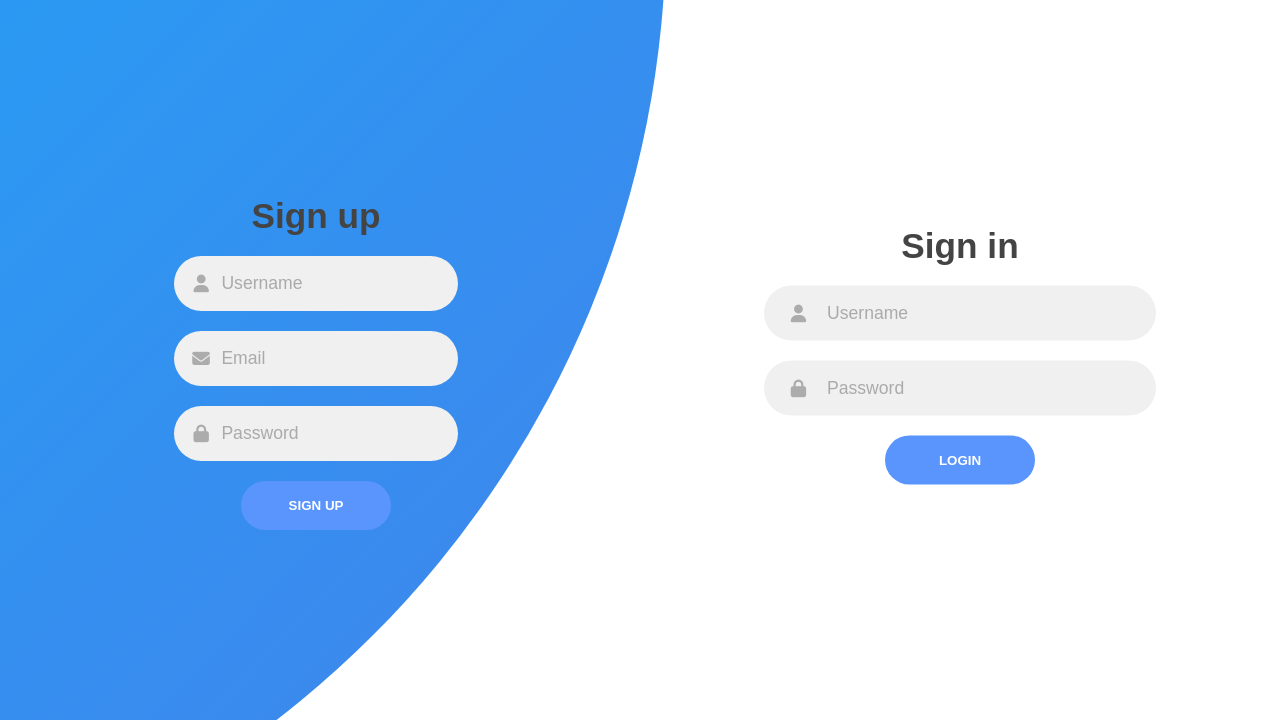
Repository: sarfaraz1611/NitteMovie.github.io
Page: login.html
An editor plug-in stored every save of this project. The page is shown before and after the next save, followed by the edit.
The browser window is 1280 px wide. The pictures show the whole page.
Some web libraries are served in a nearby version.

Above is the page before, as saved 2022-07-15 23:41:04.

After the next save:
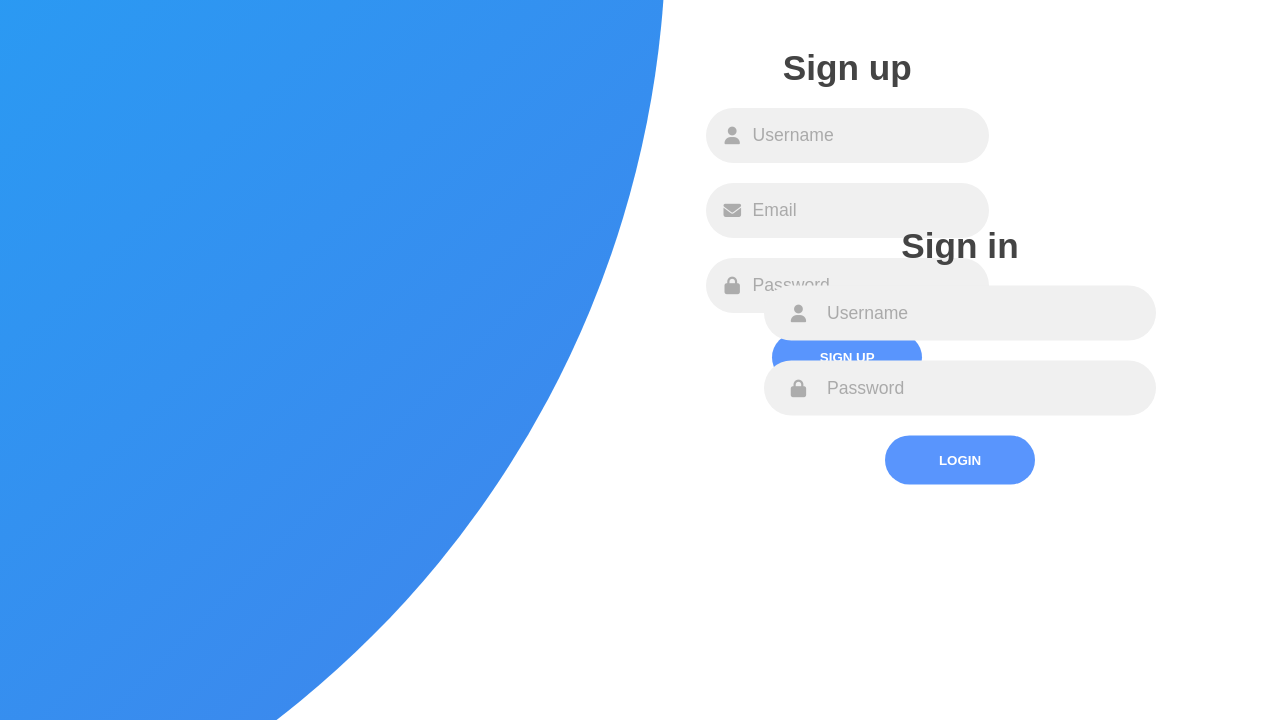
Saved 8 s later.
--- a/assets/css/main.css
+++ b/assets/css/main.css
@@ -387,7 +387,7 @@
   background-color: #4d84e2;
 }
 
-.panels-container {
+/* .panels-container {
   position: absolute;
   height: 100%;
   width: 100%;
@@ -395,7 +395,7 @@
   left: 0;
   display: grid;
   grid-template-columns: repeat(2, 1fr);
-}
+} */
 
 .container:before {
   content: "";

After the save that followed:
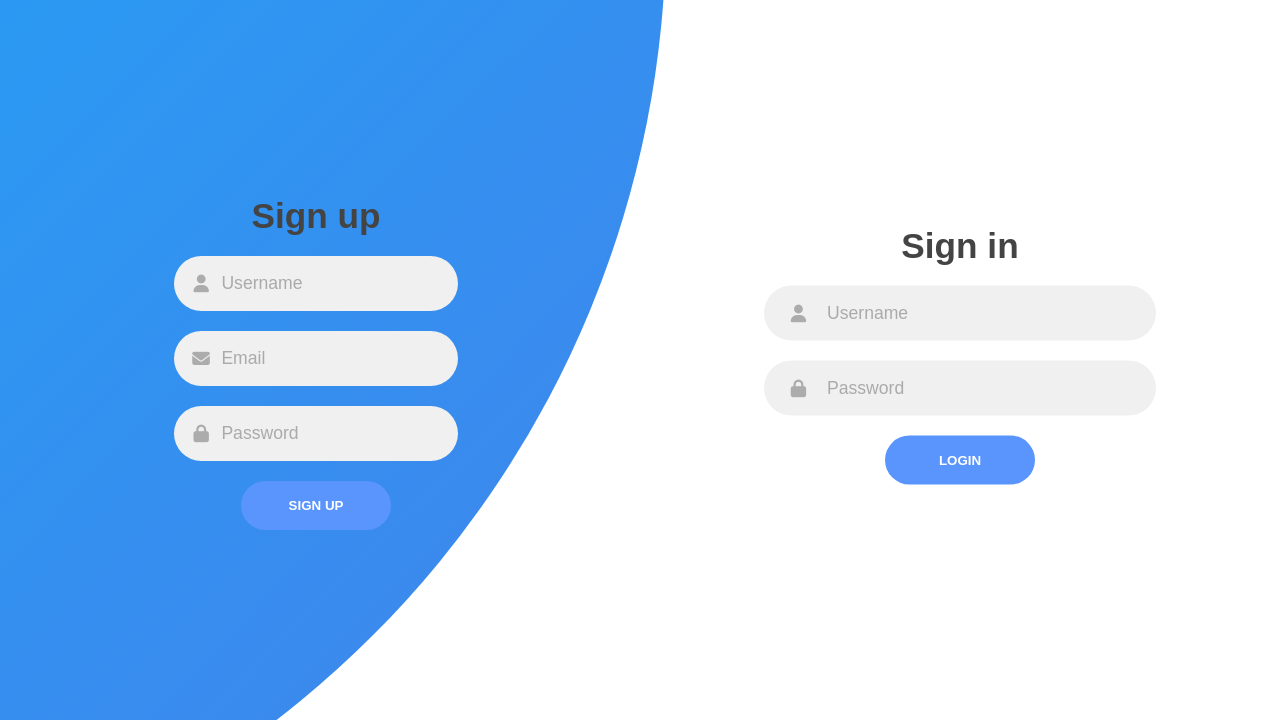
Saved 4 s later.
--- a/assets/css/main.css
+++ b/assets/css/main.css
@@ -387,7 +387,7 @@
   background-color: #4d84e2;
 }
 
-/* .panels-container {
+.panels-container {
   position: absolute;
   height: 100%;
   width: 100%;
@@ -395,7 +395,7 @@
   left: 0;
   display: grid;
   grid-template-columns: repeat(2, 1fr);
-} */
+}
 
 .container:before {
   content: "";
